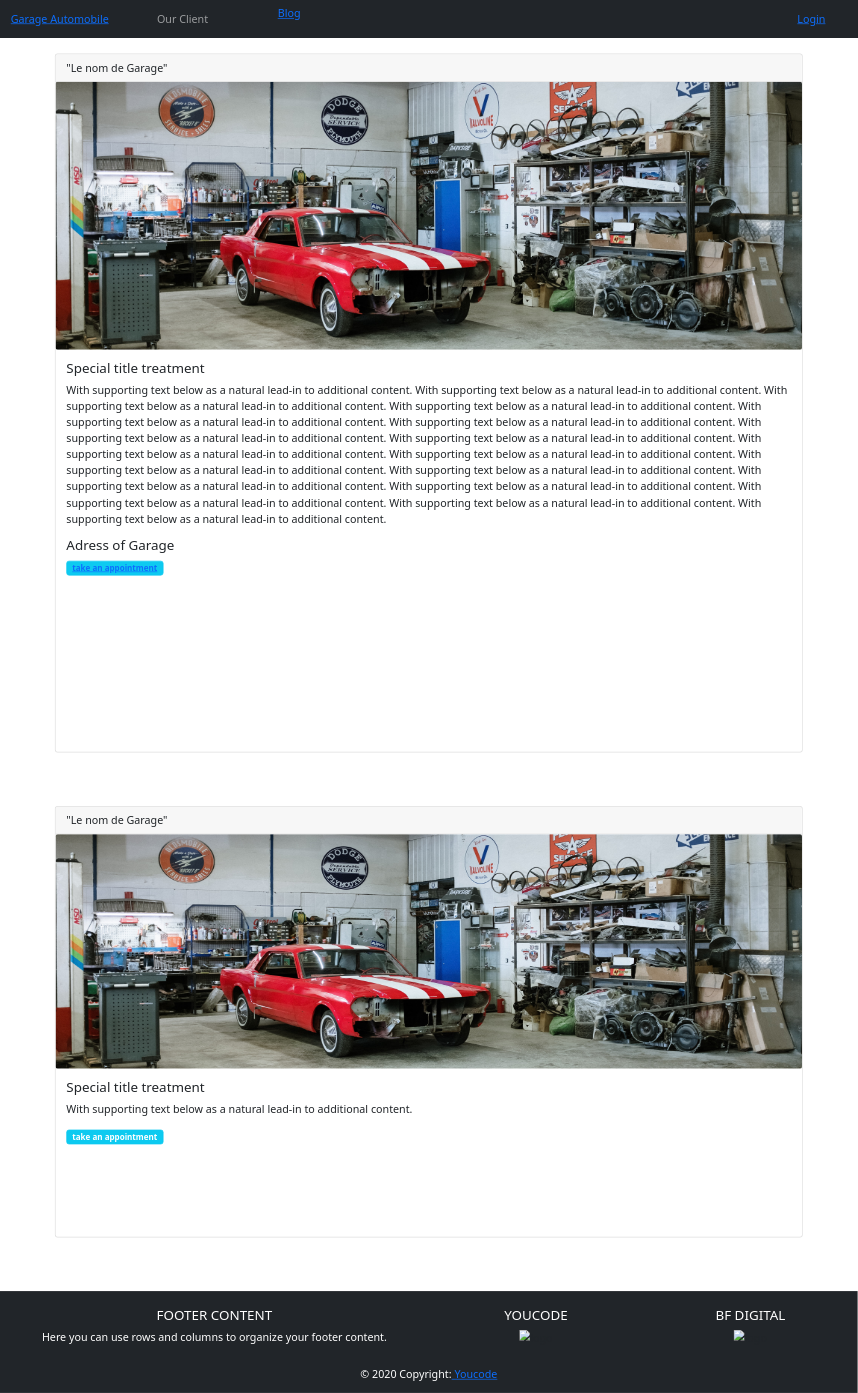
Repository: abdelhak-f/Fil-Rouge
Page: /blog (app in client/)
These files come from the project's save history. The page is drawn as it stood at one moment and after the next save; the edit follows.
The browser window is 1280 px wide. The pictures show the whole page, at 67% of full size.
The project was rebuilt for these pictures with package versions that can differ from the ones it lists, and the page was loaded fresh each time. Also part of the build but not shown: client/src/components/Text.jsx, client/src/components/forms/FirstFrontForm.jsx, client/src/components/Body.jsx, client/src/components/forms/FormGarage.jsx, client/src/components/loged/login/Login.jsx, client/src/components/loged/register/Register.jsx.

Above is the page before, as saved 2021-09-12 14:04:32.

### client/public/index.html
<!DOCTYPE html>
<html lang="en">
  <head>
    <meta charset="utf-8" />
    <link rel="icon" href="%PUBLIC_URL%/favicon.ico" />
    <meta name="viewport" content="width=device-width, initial-scale=1" />
    <meta name="theme-color" content="#000000" />
    <meta
      name="description"
      content="Web site created using create-react-app"
    />
    <!--   import bootstrao  -->
    <link
  rel="stylesheet"
  href="https://cdn.jsdelivr.net/npm/bootstrap@5.1.0/dist/css/bootstrap.min.css"
  integrity="sha384-KyZXEAg3QhqLMpG8r+8fhAXLRk2vvoC2f3B09zVXn8CA5QIVfZOJ3BCsw2P0p/We"
  crossorigin="anonymous"
  />

    <link rel="apple-touch-icon" href="%PUBLIC_URL%/logo192.png" />
    <!--
      manifest.json provides metadata used when your web app is installed on a
      user's mobile device or desktop. See https://developers.google.com/web/fundamentals/web-app-manifest/
    -->
    <link rel="manifest" href="%PUBLIC_URL%/manifest.json" />
    <!--
      Notice the use of %PUBLIC_URL% in the tags above.
      It will be replaced with the URL of the `public` folder during the build.
      Only files inside the `public` folder can be referenced from the HTML.

      Unlike "/favicon.ico" or "favicon.ico", "%PUBLIC_URL%/favicon.ico" will
      work correctly both with client-side routing and a non-root public URL.
      Learn how to configure a non-root public URL by running `npm run build`.
    -->
    <title>React App</title>
  </head>
  <body>
    <noscript>You need to enable JavaScript to run this app.</noscript>
    <div id="root"></div>
    <!--
      This HTML file is a template.
      If you open it directly in the browser, you will see an empty page.

      You can add webfonts, meta tags, or analytics to this file.
      The build step will place the bundled scripts into the <body> tag.

      To begin the development, run `npm start` or `yarn start`.
      To create a production bundle, use `npm run build` or `yarn build`.
    -->
  </body>
</html>

### client/src/index.js
import React from 'react';
import ReactDOM from 'react-dom';
import './index.css';
import App from './App';
import reportWebVitals from './reportWebVitals';

// import bootstrap
import 'bootstrap/dist/css/bootstrap.min.css';

ReactDOM.render(
  <React.StrictMode>
    <App />
  </React.StrictMode>,
  document.getElementById('root')
);

// If you want to start measuring performance in your app, pass a function
// to log results (for example: reportWebVitals(console.log))
// or send to an analytics endpoint. Learn more: https://bit.ly/CRA-vitals
reportWebVitals();

### client/src/App.js
// import './App.css';
import React from 'react';

import Navbar from './components/Nnavbar';
import Body from './components/Body';
import Footer from './components/Footer';
import Blog from './components/Blog';
import FormGarage from './components/forms/FormGarage'
import Login from './components/loged/login/Login';
import Register from './components/loged/register/Register';

import { BrowserRouter as Router, Switch, Route } from 'react-router-dom';






function App() {
  return (


    <>
<Router>

     <Navbar />




    <Switch>
    <Route  path="/" exact component={Body} />
    <Route  path="/Blog" component={Blog} />
    <Route  path="/FormGarage" component={FormGarage} />
    <Route  path="/login" component={Login} />
    <Route  path="/register" component={Register} />
    </Switch>

    <Footer/>
</Router>
    </>

  );
}

export default App;

### client/src/components/Nnavbar.jsx
import React from 'react';
import { NavLink } from 'react-router-dom';

import * as ReactBootstrap from 'react-bootstrap';









function Navbar() {
    return(
      <>

            <ReactBootstrap.Navbar className="mb-5" collapseOnSelect expand="lg" bg="dark" variant="dark" fixed="top">

 <NavLink className="mx-3" to="/">Garage Automobile</NavLink>
 <ReactBootstrap.Navbar.Toggle aria-controls="responsive-navbar-nav" />
 <ReactBootstrap.Navbar.Collapse id="responsive-navbar-nav">
   <ReactBootstrap.Nav className="me-auto">
     <ReactBootstrap.Nav.Link className="mx-5" href="#features">Our Client</ReactBootstrap.Nav.Link>
     <NavLink  className="px-5" to="/blog">Blog</NavLink>
     {/* <ReactBootstrap.NavDropdown title="Dropdown" id="collasible-nav-dropdown">
       <ReactBootstrap.NavDropdown.Item href="#action/3.1">Action</ReactBootstrap.NavDropdown.Item>
       <ReactBootstrap.NavDropdown.Item href="#action/3.2">Another action</ReactBootstrap.NavDropdown.Item>
       <ReactBootstrap.NavDropdown.Item href="#action/3.3">Something</ReactBootstrap.NavDropdown.Item>
       <ReactBootstrap.NavDropdown.Divider />
       <ReactBootstrap.NavDropdown.Item href="#action/3.4">Separated link</ReactBootstrap.NavDropdown.Item>
     </ReactBootstrap.NavDropdown> */}
   </ReactBootstrap.Nav>
   <ReactBootstrap.Nav>
     <NavLink  className="px-5"  to="/login"> Login</NavLink>
     {/* <ReactBootstrap.Nav.Link eventKey={2} href="#memes">
       Admin
     </ReactBootstrap.Nav.Link> */}
   </ReactBootstrap.Nav>
 </ReactBootstrap.Navbar.Collapse>

</ReactBootstrap.Navbar>





</>

    )
}

export default Navbar ;

### client/src/components/Footer.jsx
import React from "react";


function Footer () {
    return(
<footer  className="pt-4 page-footer font-small blue bg-dark ">
    <div className="text-center container-fluid text-md-left ">
        <div className="row">
            <div className="mt-3 text-white col-md-6 mt-md-0">
                <h5 className=" text-uppercase">Footer Content</h5>
                <p >Here you can use rows and columns to organize your footer content.</p>
            </div>

            <hr className="clearfix pb-0 w-100 d-md-none"/>

            <div className="mb-3 col-md-3 mb-md-0">
                <h5 className="text-white text-uppercase">Youcode</h5>
                <img src="" alt="logo" width={300} /></div>

            <div className="mb-3 col-md-3 mb-md-0">
                <h5 className="text-white text-uppercase " >BF Digital</h5>
                <img src="" alt="logo" width={300} />
            </div>
        </div>
    </div>

    <div className="py-3 text-center text-white footer-copyright " >© 2020 Copyright:
        <a href="https://www.youcode.ma/"> Youcode</a>
    </div>

</footer>
)

}

export default Footer

### client/src/components/Blog.jsx
import React from 'react'
import './css/style.css';
// import { BrowserRouter as Router, Switch, Route } from 'react-router-dom';
import { NavLink } from 'react-router-dom';
import { Container, Card, Button, Col, Row } from 'react-bootstrap';
import image from '../images/image.jpg';
// import FormGarage from './forms/FormGarage'



function Blog() {
  return (
        <>
     <Container  className="Blog" >
         {/* first blog */}
         <Card >
           <Card.Header  >"Le nom de Garage"  </Card.Header>
            <Card.Img
            style={{ height: '400px', weiht: '500px' }}
             src={image} />
            <Card.Body
             style={{ height: '600px', weiht: '500px' }}
            >
            <Card.Title>Special title treatment</Card.Title>
            <Card.Text>
                 With supporting text below as a natural lead-in to additional content.
                 With supporting text below as a natural lead-in to additional content.
                 With supporting text below as a natural lead-in to additional content.
                 With supporting text below as a natural lead-in to additional content.
                 With supporting text below as a natural lead-in to additional content.
                 With supporting text below as a natural lead-in to additional content.
                 With supporting text below as a natural lead-in to additional content.
                 With supporting text below as a natural lead-in to additional content.
                 With supporting text below as a natural lead-in to additional content.
                 With supporting text below as a natural lead-in to additional content.
                 With supporting text below as a natural lead-in to additional content.
                 With supporting text below as a natural lead-in to additional content.
                 With supporting text below as a natural lead-in to additional content.
                 With supporting text below as a natural lead-in to additional content.
                 With supporting text below as a natural lead-in to additional content.
                 With supporting text below as a natural lead-in to additional content.
                 With supporting text below as a natural lead-in to additional content.
            </Card.Text>
            <Card.Title>Adress of Garage</Card.Title>
            <Button as='Col' className="badge" variant="info">
              <NavLink to="/FormGarage" >take an appointment</NavLink>
            </Button>

           </Card.Body>
        </Card>

        <Card className="Blog">
           <Card.Header  >"Le nom de Garage"  </Card.Header>
            <Card.Img
             style={{ height: '350px', weiht: '500px' }}
            src={image} />
            <Card.Body>
            <Card.Title>Special title treatment</Card.Title>
            <Card.Text>
                 With supporting text below as a natural lead-in to additional content.
            </Card.Text>

            <Row>
               <Col>
               <Button className="badge" variant="info">take an appointment</Button>
               </Col>
               <Col>
               {/* <>Special title treatment</> */}
               </Col>
            </Row>
           </Card.Body>
        </Card>

        {/* second blog */}

     </Container>




{/* <Router>
    <Switch>
     <Route  path="/" component={FormGarage} />
    </Switch>

</Router> */}

</>

  )

}

export default Blog

### client/src/components/css/style.css

.Blog {
    margin-top: 5rem;
    margin-bottom: 5rem;
  }
  .Login{
    margin-top: 5rem;
    margin-bottom: 5rem;
    margin-left: 25%;
    margin-right: 25%;
  }

  .form-inline {
      margin-top:  5%;
      width: 80%;
      height: 5%;
  }
  .btn{
      margin-bottom: 23%;
  }

  .owner{
      margin-top: 5rem;
  }

Loaded but not shown: client/src/index.css (common file); client/src/reportWebVitals.js (common file)

After the next save:
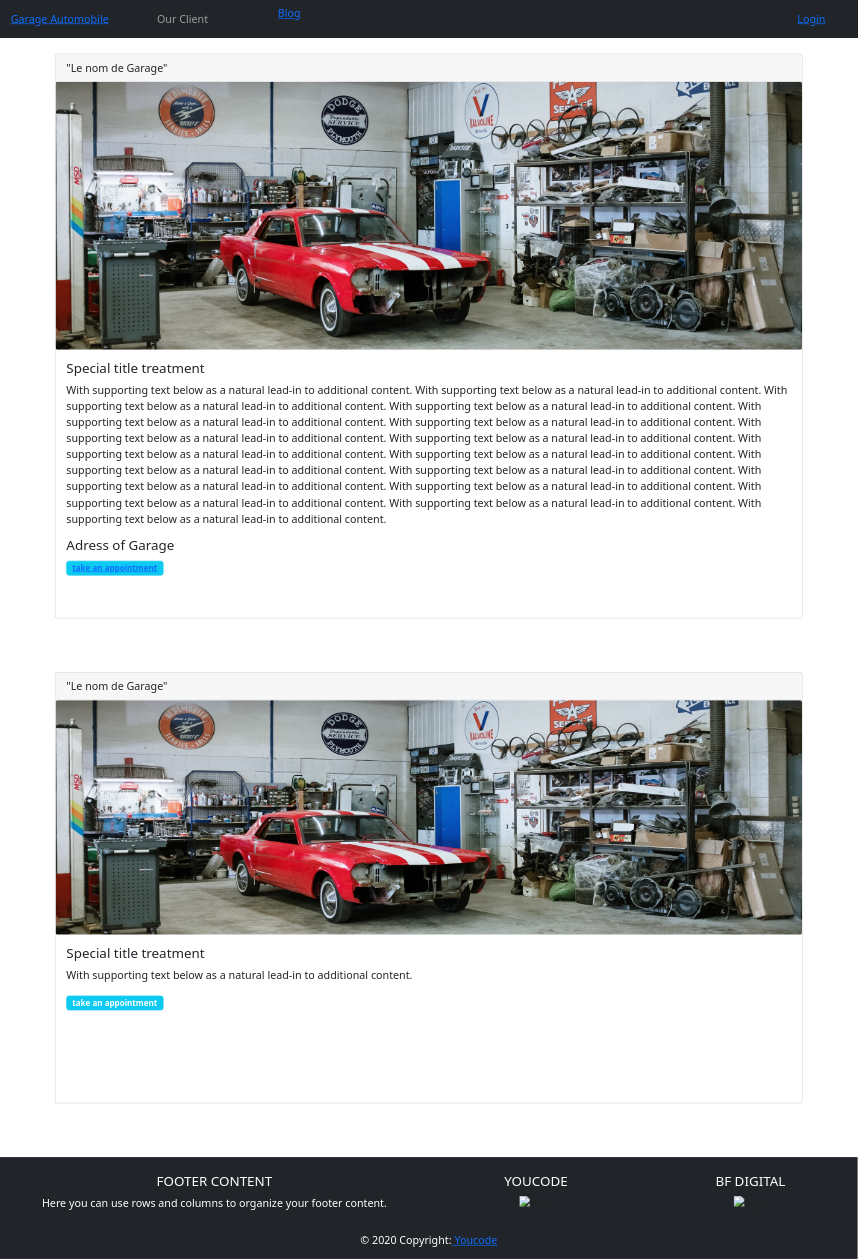
Saved 10 s later.
--- a/client/src/components/Blog.jsx
+++ b/client/src/components/Blog.jsx
@@ -19,7 +19,7 @@ function Blog() {
             style={{ height: '400px', weiht: '500px' }}
              src={image} />
             <Card.Body
-             style={{ height: '600px', weiht: '500px' }}
+             style={{ height: '400px', weiht: '500px' }}
             >
             <Card.Title>Special title treatment</Card.Title>
             <Card.Text>
